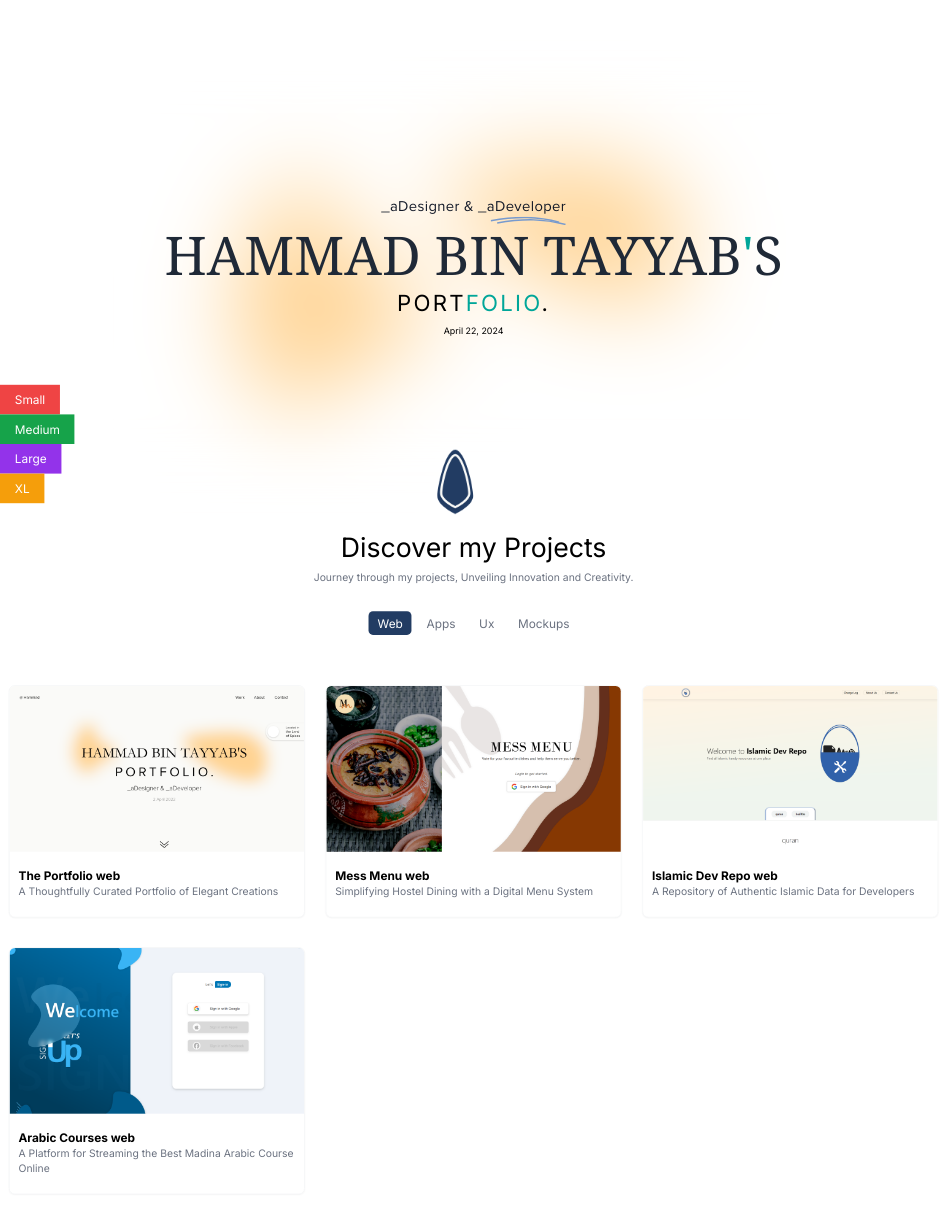
Repository: SpicierEwe/my_portfolio_v2
Page: /
The author's editor kept a copy of each file at every save. The page is drawn from the files as they stood at one save, then again after the next save.
The browser window is 1280 px wide. The pictures show the whole page, at 74% of full size.
The project was rebuilt for these pictures with package versions that can differ from the ones it lists, and the page was loaded fresh each time. The framework's server and built-in components were replaced by stand-ins that run in the browser. Also part of the build but not shown: next.config.js, core/utils/customIcons.js, core/utils/utils.tsx, core/db/sub_db_data/ux_db.js.

Above is the page before, as saved 2024-04-22 12:37:07.

After the next save:
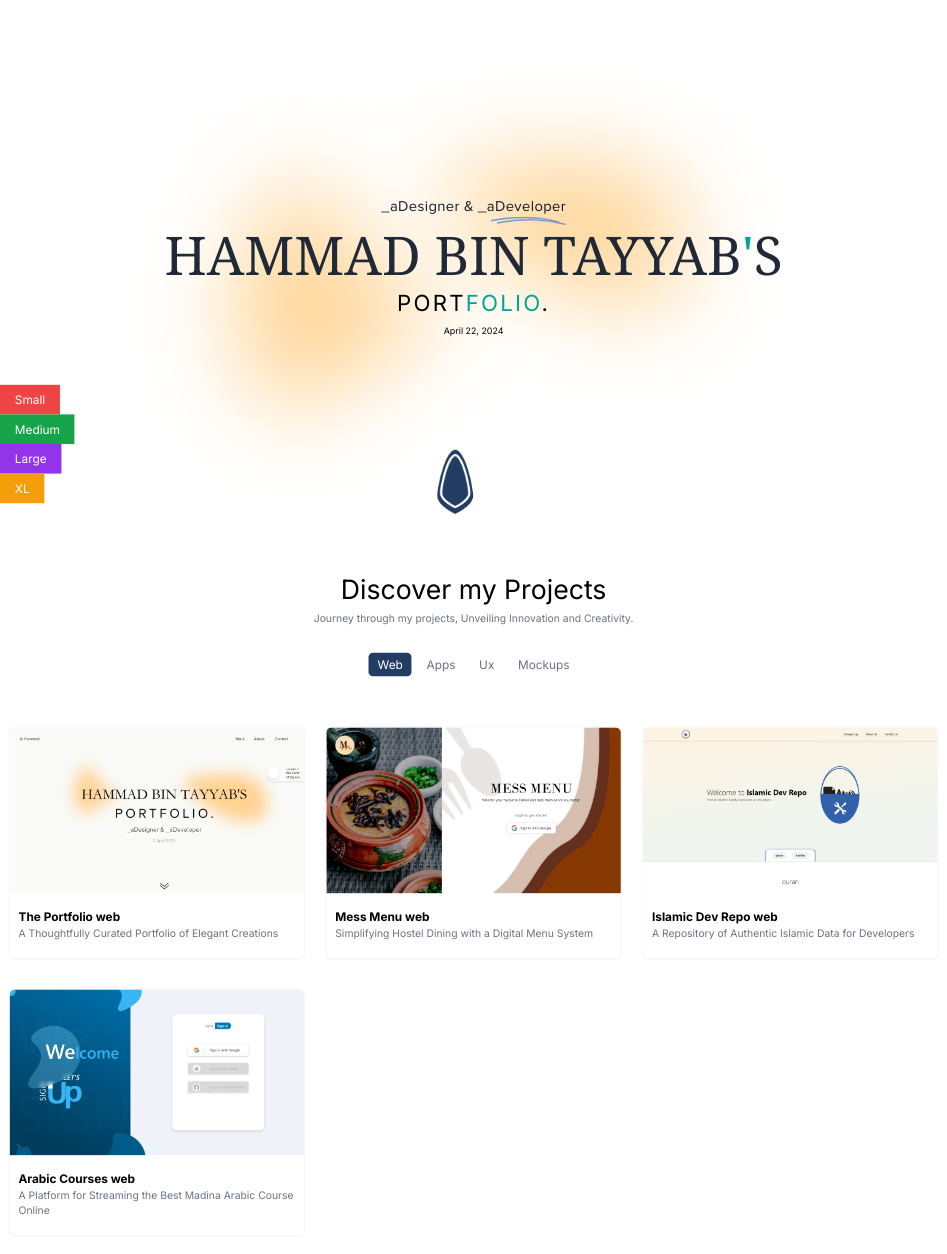
Saved 45 s later.
--- a/Components/Work_section/work_section.tsx
+++ b/Components/Work_section/work_section.tsx
@@ -11,7 +11,7 @@ export default function WorkSection() {
   return (
     <section className="">
       {/* header */}
-      <header className="flex flex-col items-center pt-7 md:pt-14">
+      <header className="flex flex-col items-center pt-14 md:pt-14">
         <h2 className="text-center text-2xl md:text-3xl lg:text-4xl">
           Discover my Projects
         </h2>
